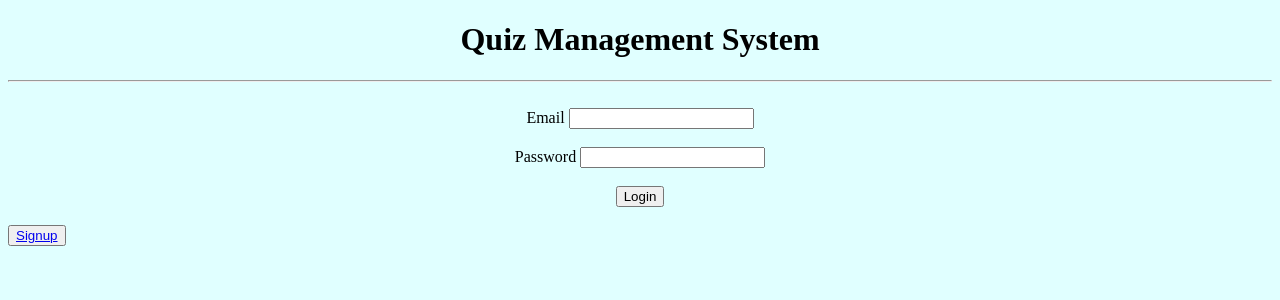
Repository: Rohitsenpai01/Quiz-Manangement-System
Page: http://localhost/WebQuizApp/
These files come from the project's save history. The page is drawn as it stood at one moment and after the next save; the edit follows.
The browser window is 1280 px wide. The pictures show the whole page.
The page is served by Tomcat 9.

Above is the page before, as saved 2025-12-29 05:41:32.

After the next save:
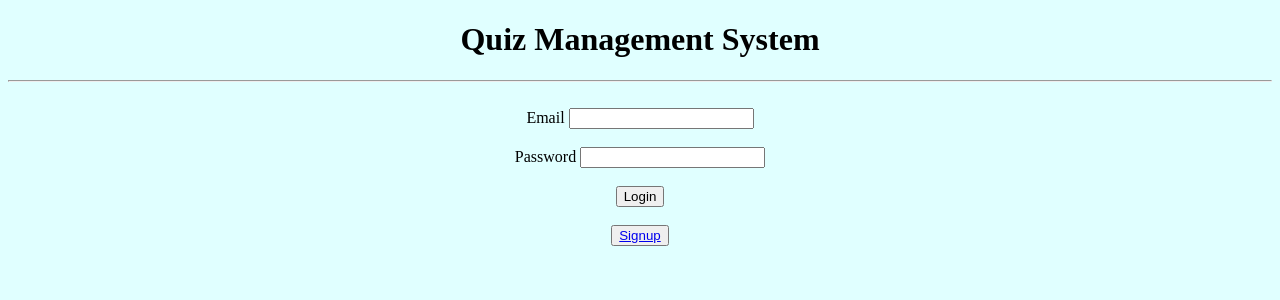
Saved 69 s later.
--- a/WebQuizApp/WebQuizApp/src/main/webapp/index.jsp
+++ b/WebQuizApp/WebQuizApp/src/main/webapp/index.jsp
@@ -12,7 +12,7 @@
 		Email <input type="text" name="email"><br><br>
 		Password <input type="password" name="passwd"><br><br>
 		<input type="submit" value="Login"><br><br>
+	<button type="button" style="text-align: center;"><a href="register.jsp">Signup</a></button><br><br>
 	</form>
-	<button type="button" style="text-align: center;"><a href="register.jsp">Signup</a></button><br><br>
 </body>
 </html>
